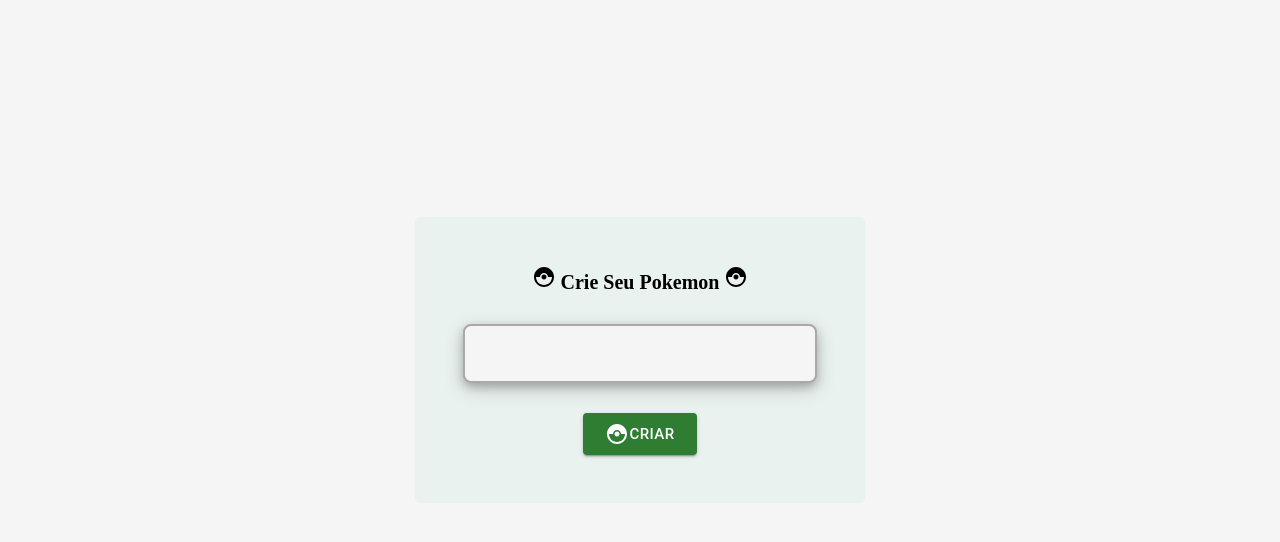
Repository: MilenaMartini/pokedex_react_js
Page: /pokedex/new
An editor plug-in stored every save of this project. The page is shown before and after the next save, followed by the edit.
The browser window is 1280 px wide. The pictures show the whole page.
The page's requests for data from a server got no answer. The project was rebuilt for these pictures with package versions that can differ from the ones it lists, and the page was loaded fresh each time. No one was signed in, and anything a server would have sent is missing. Also part of the build but not shown: src/pages/Login/Styles_Login.js, src/Components/Navbar/Navbar.jsx, src/Components/PokemonCard/Pk_Card.jsx, src/Components/Skeletons/Skeletons.jsx, src/pages/Pg_Pokedex/Pg_Poke.js, src/styles/styles.css, src/Components/Button/Styles_Btn_Login.js, src/Components/Button/Btn_Login.js and 1 more.

Above is the page before, as saved 2023-02-04 11:42:09.

### src/index.js
import React from 'react'
import ReactDOM from 'react-dom/client'
import GlobalStyle from './Styles/Global'
import Routering from './Components/Routes/routes'
import { RecoilRoot } from 'recoil';


const root = ReactDOM.createRoot(document.getElementById('root'));
root.render(
  <React.StrictMode>
    <RecoilRoot>
    <GlobalStyle/>
    <Routering/>
    </RecoilRoot>
  </React.StrictMode>

);

### src/styles/global.js
import { createGlobalStyle } from "styled-components";

const GlobalStyle = createGlobalStyle`

*{
  margin: 0;
  padding: 0;
  box-sizing: border-box;
}

body{
  width: 100vw;
  height: 100vh;
  background-color: #f0f2f5;//fica de olho : ou > possivel erro?
  font-family: poppins

}
`
export default GlobalStyle;

//  box-sizing: border-box; serve para não ter que se preocupa com height e widht, independente do padding ou margin.

### src/Components/Routes/routes.js
import React from "react";
import Login from "../../pages/Login/Pg_Login"
import Poke from "../../pages/Pg_Pokedex/Pg_Poke"
import NewPk from "../../pages/edit_pk/Novo_Pokemon"

import { BrowserRouter as Router, Routes, Route } from "react-router-dom"

const Routering = () => {
  return (
    <Router>
      <Routes>
        <Route path="/" element={<Login/>} />
        <Route path="/pokedex" element={<Poke/>} />
        <Route path="/pokedex/new" element={<NewPk/>} />
        {/* <Route path="/pokedex/:id" element={<NewPk/>} /> */}
      </Routes>
    </Router>
   );
}

export default Routering ;

### src/pages/edit_pk/Novo_Pokemon.js
import {Container,Form} from '../edit_pk/Novo_PkStyles'
import Input from '../../Components/Input/Input'
import { useParams } from 'react-router-dom'
import { useState, useEffect } from 'react'
import Button from '@mui/material/Button';
import CatchingPk from '@mui/icons-material/CatchingPokemon';
function Novo_Pokemon() {
    const {id} = useParams()

     const pk = async (event) => {
      try {
         window.close('pokedex/new', '_self')
         }
       catch(err){
         alert('Algo deu errado :c' + err)
       }
      }

    const [newPk, setNewPk] = useState([])

    useEffect(() => {
      fetch('http://localhost:3000/pokedex/new', {
        method: 'GET',
        headers: {
          'Content-Type': 'application/json',
        },
      }).then(resp => resp.json())
      .then((data) => {
        setNewPk(data)
      })
      .catch(err => console.log)
    }, [id])

  return(
    <Container>
      <Form>

        <h1><CatchingPk/> Crie Seu Pokemon <CatchingPk/> </h1>
        <Input
          name='Nome'
         placeholder='Digite o nome do Pokemon'
         //  componente personalizado
        />
       <Button size="large"  variant="contained" color="success" onClick={pk}>
       <CatchingPk /> Criar</Button>
       </Form>
    </Container>
)}

export default Novo_Pokemon

### src/Components/Input/Input.js
import React from 'react'
import { InputCustomzado } from './Styles_Input'


const Input = () => {
  return (
    <InputCustomzado/>
  );
}

export default Input;

### src/pages/edit_pk/Novo_PkStyles.js
import styled from 'styled-components'

export const Container = styled.div`
  display: flex;
  justify-content: center;
  align-items: center;
  height: 100vh;
  min-width: 100vw;
  background-color: whitesmoke
`

export const Form = styled.form`
  display: flex;
  padding: 3rem;
  flex-direction: column;
  align-items: center;
  justify-content: center;
  background-color: #eaf2ef;
  border-radius: 5px;
  width: 100%;
  max-width: 450px;
  gap: 30px 0px;
  h1 {
    color: black;
    font-size: 20px;
    font-weight: light;
  }
  p {
    color: white;
    font-size: 16px;
    font-weight: bold;
  }
  a {
    color: white;
    font-size: 14px;
  }
`

export const SubContainerSign = styled.div`
  display: flex;
  flex-direction: row;
  gap: 0px 20px;
  align-items: center;
`

### src/Components/Input/Styles_Input.js
import styled from 'styled-components'


export const InputCustomzado = styled.input`
  color: black;
  font-size: 20px;
  background-color: whitesmoke;
  border: 2px solid darkgray;
  border-radius: 8px;
  box-shadow: 0 4px 8px 0 rgba(0, 0, 0, 0.2), 0 6px 20px 0 rgba(0, 0, 0, 0.19);
  padding: 16px 20px;
  width: 100%;

    input::placehalder {
      color: #FFF;
      font-size: 12px;
      opacity: 0.7;
    }
`

Loaded but not shown: public/index.html (common file)

After the next save:
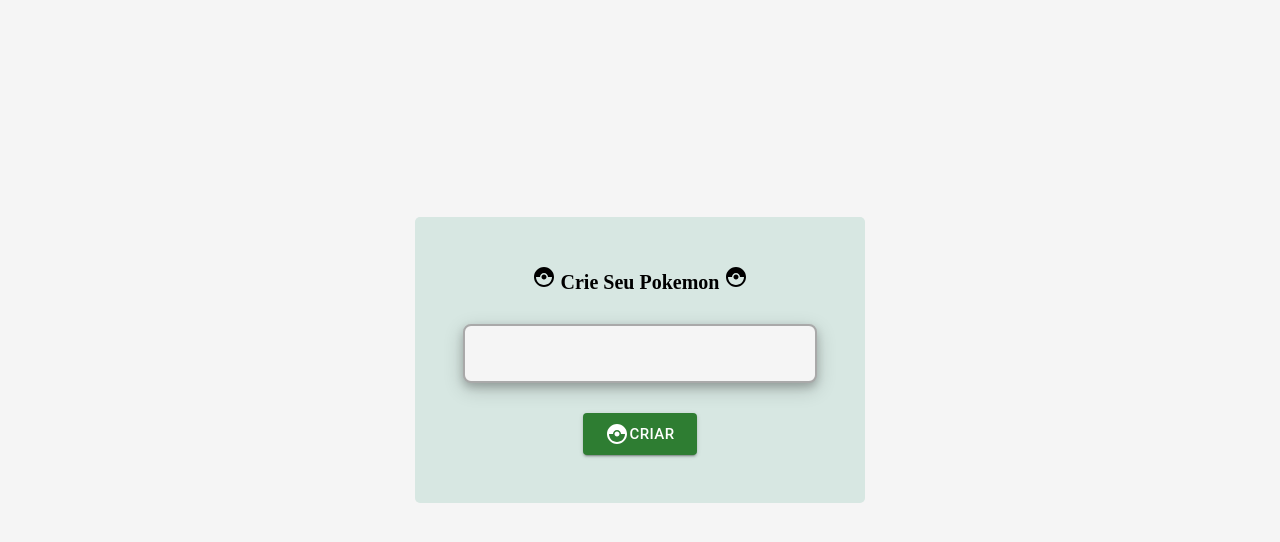
Saved 17 s later.
--- a/src/pages/edit_pk/Novo_PkStyles.js
+++ b/src/pages/edit_pk/Novo_PkStyles.js
@@ -15,7 +15,7 @@
   flex-direction: column;
   align-items: center;
   justify-content: center;
-  background-color: #eaf2ef;
+  background-color: #d7e7e2;
   border-radius: 5px;
   width: 100%;
   max-width: 450px;
